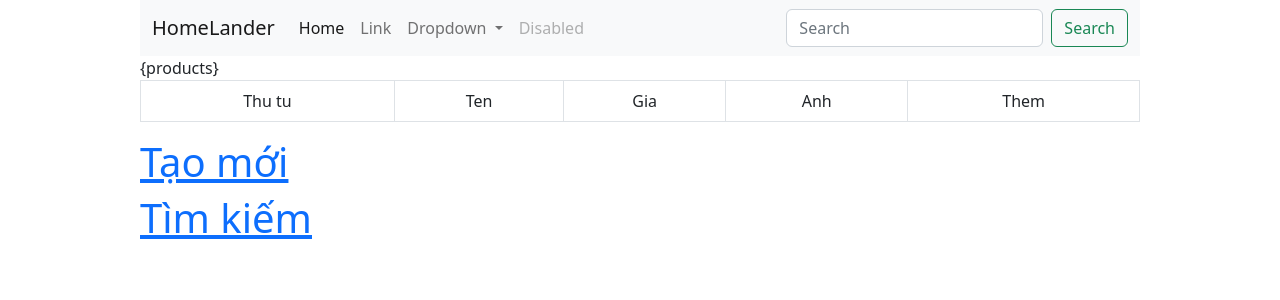
Repository: nguyenhung50497/MD3_demoDatabase1
Page: src/views/home.html
These files come from the project's save history. The page is drawn as it stood at one moment and after the next save; the edit follows.
The browser window is 1280 px wide. The pictures show the whole page.

Above is the page before, as saved 2022-12-28 13:48:47.

After the next save:
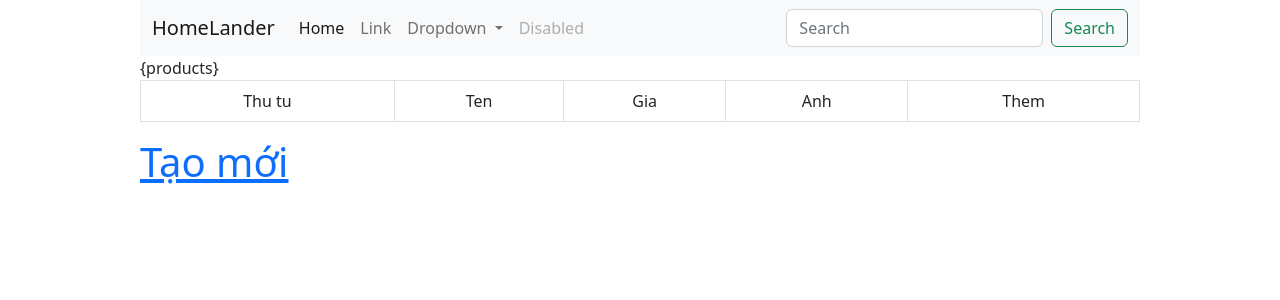
Saved 10 s later.
--- a/src/views/home.html
+++ b/src/views/home.html
@@ -57,7 +57,6 @@
         </tbody>
       </table>
       <h1><a href="/create">Tạo mới</a></h1>
-      <h1><a href="/search">Tìm kiếm</a></h1>
     </div>
     <script src="https://cdn.jsdelivr.net/npm/bootstrap@5.2.3/dist/js/bootstrap.bundle.min.js" integrity="sha384-kenU1KFdBIe4zVF0s0G1M5b4hcpxyD9F7jL+jjXkk+Q2h455rYXK/7HAuoJl+0I4" crossorigin="anonymous"></script>
   </body>
